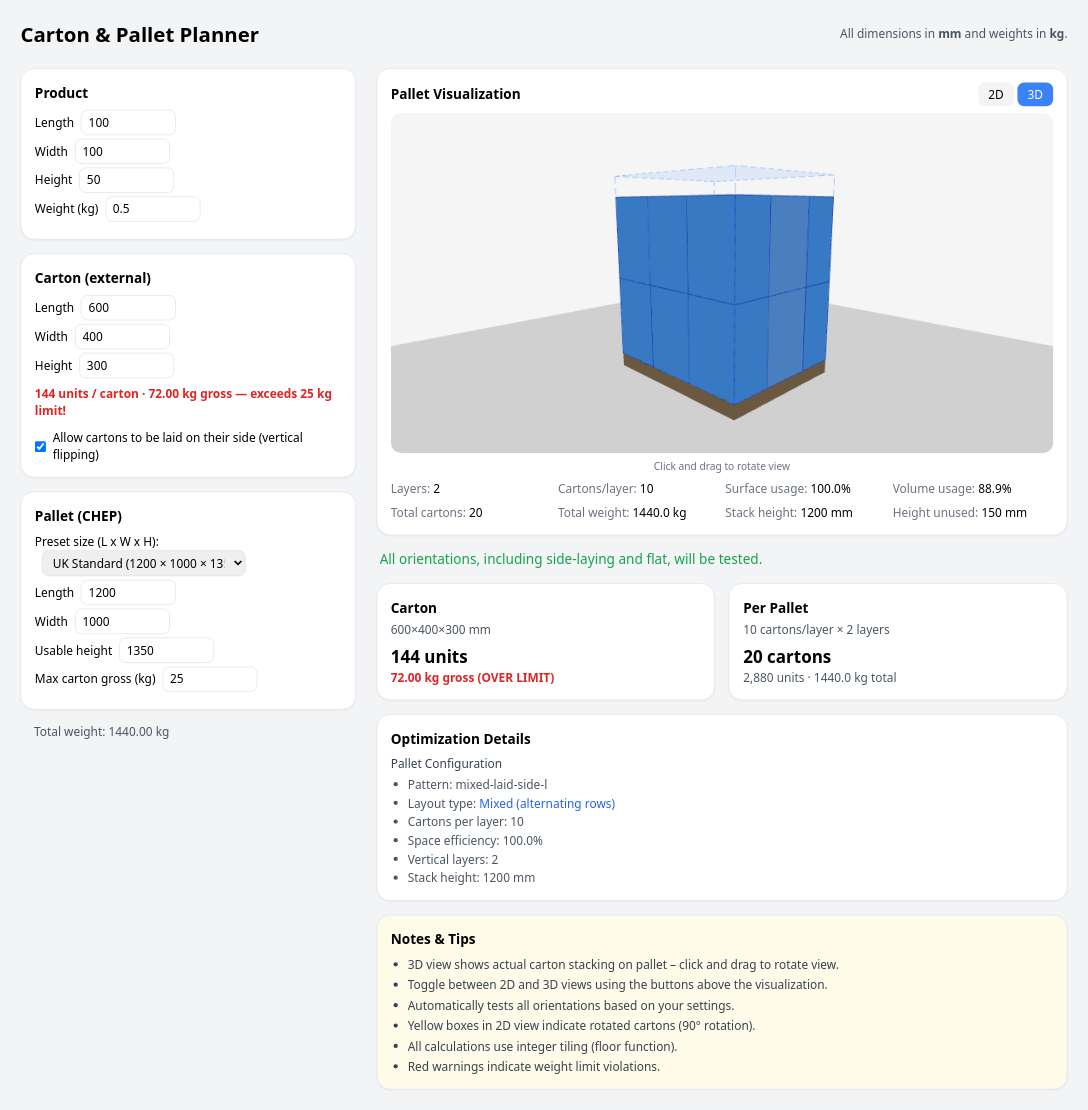
Repository: beesmart/Warehouse-Apps
Page: index.html
The author's editor kept a copy of each file at every save. The page is drawn from the files as they stood at one save, then again after the next save.
The browser window is 1280 px wide. The pictures show the whole page, at 85% of full size.
Some web libraries are served in a nearby version.

Above is the page before, as saved 2025-10-21 12:12:03.

After the next save:
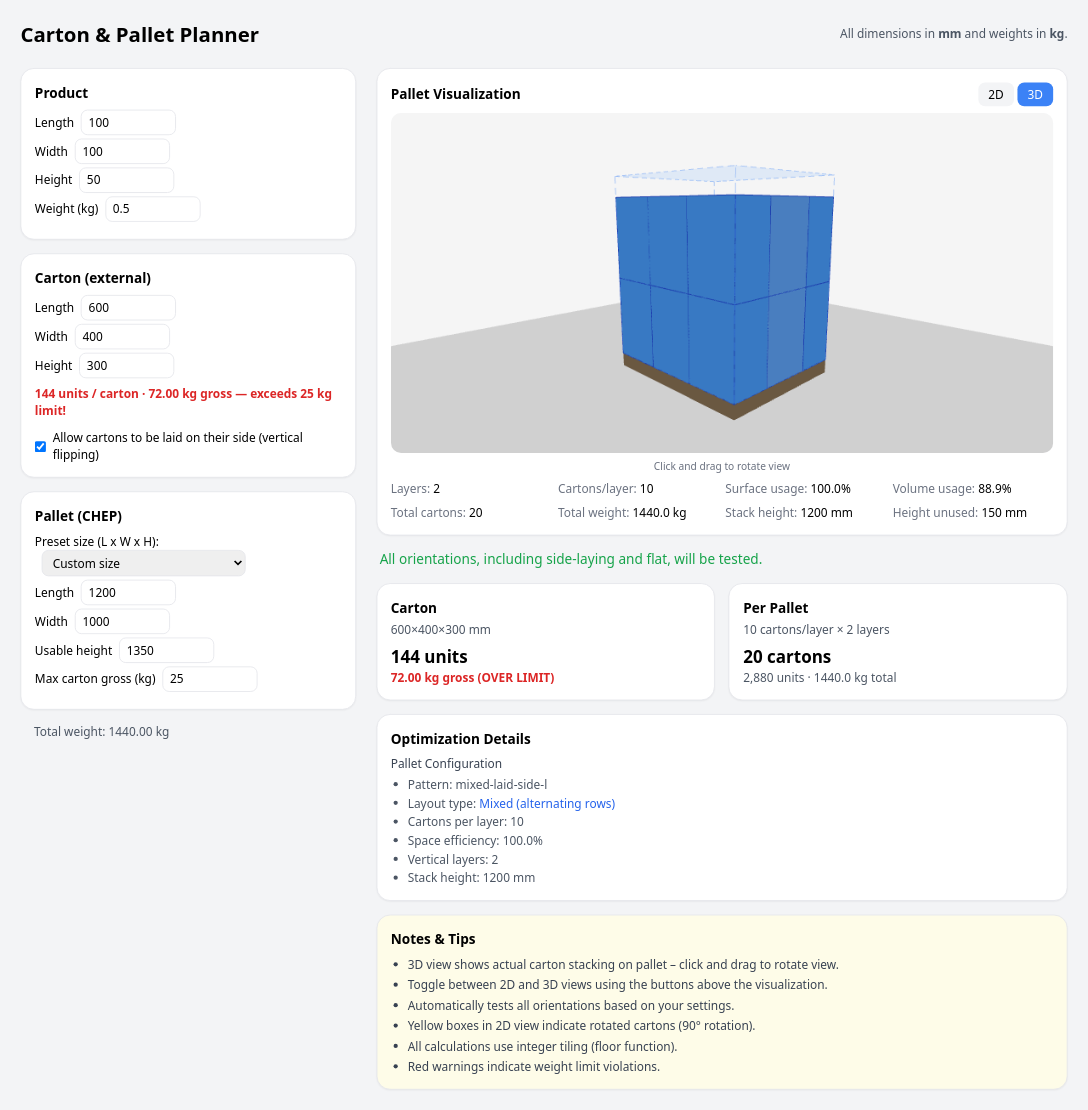
Saved 110 s later.
--- a/js/constants.js
+++ b/js/constants.js
@@ -21,9 +21,11 @@
   // Common pallet presets
   // -------------------------------------------------
   PALLET_SIZES: [
-    { label: "UK Standard (1200 × 1000 × 1350)", L: 1200, W: 1000, H: 1350 },
-    { label: "Euro Pallet (1200 × 800 × 1350)", L: 1200, W: 800, H: 1350 },
-    { label: "Half Pallet (1000 × 600 × 1000)", L: 1000, W: 600, H: 1000 },
+    { label: "UK Standard (1200 × 1000 mm x 1200mm)", L: 1200, W: 1000, H: 1200 },
+    { label: "Aldi Pallet (1200 × 1000 mm x 1600mm)", L: 1200, W: 1000, H: 1600 },
+    { label: "LIDL Pallet (1200 × 800 mm x 1600mm)", L: 1200, W: 800, H: 1600 },
+    { label: "Euro Pallet (1200 × 800 mm x 1200mm)", L: 1200, W: 800, H: 1200 },
+    { label: "Half Pallet (800 × 600 mm x 800mm)", L: 800, W: 600, H: 800 },
     { label: "Custom size", L: null, W: null, H: null },
   ],
 
